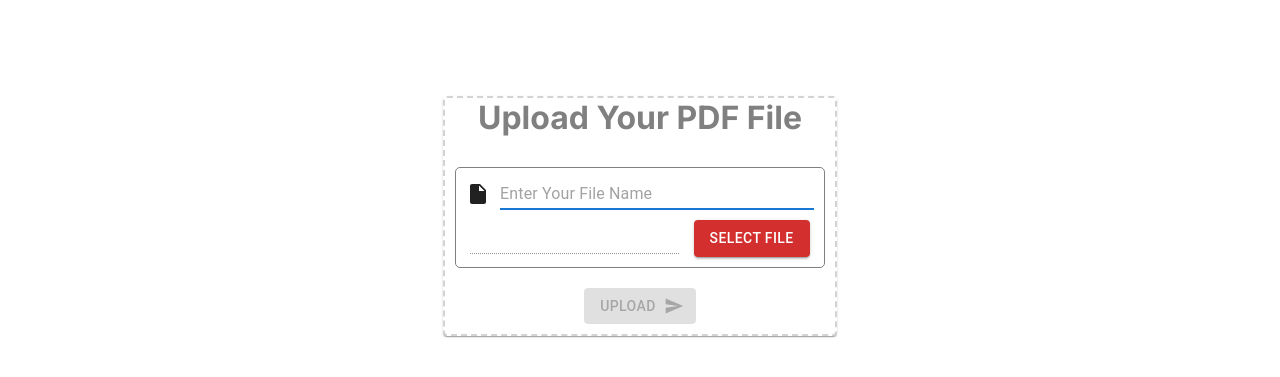
Repository: BhushanPatil-121/pdf-upload-nextjs
Page: /
An editor plug-in stored every save of this project. The page is shown before and after a run of saves, followed by the edit.
The browser window is 1280 px wide. The pictures show the whole page.
The project was rebuilt for these pictures with package versions that can differ from the ones it lists, and the page was loaded fresh each time. The framework's server and built-in components were replaced by stand-ins that run in the browser. Also part of the build but not shown: next.config.mjs.

Above is the page before, as saved 2024-02-29 11:59:07.

After the next 2 saves:
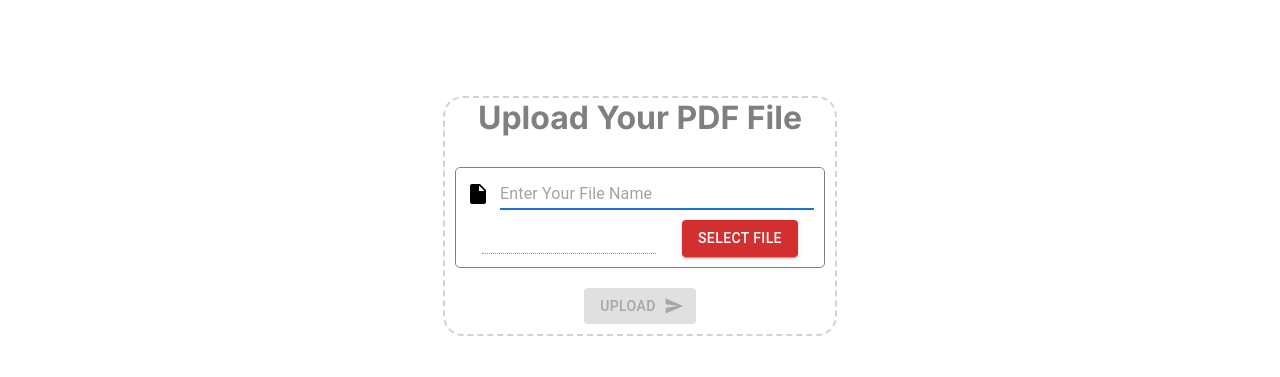
The 2 saves are shown as one change because they came seconds apart.
The last was saved 38 s later.
--- a/src/app/page.tsx
+++ b/src/app/page.tsx
@@ -4,7 +4,7 @@ import { styled } from '@mui/material/styles';
 import Button from '@mui/material/Button';
 import CloudUploadIcon from '@mui/icons-material/CloudUpload';
 import { useState } from 'react';
-import { Alert, Box, Card, Container, Stack, TextField } from "@mui/material";
+import { Alert, Box, Stack, TextField } from "@mui/material";
 import InsertDriveFileIcon from '@mui/icons-material/InsertDriveFile';
 import SendIcon from '@mui/icons-material/Send';
 import LoadingButton from '@mui/lab/LoadingButton';
@@ -45,7 +45,7 @@ export default function Home() {
   }
   return (
     <main className={styles.main}>
-      <Card className={styles.mainContainer}>
+      <div className={styles.mainContainer}>
         <h1 className={styles.mainHeading}>Upload Your PDF File</h1>
         <form className={styles.mainForm}>
           <div className={styles.mainFormContainer}>
@@ -63,7 +63,7 @@ export default function Home() {
               </Box>
             </div>
             <div className={styles.mainFormSubContainer2}>
-              <Box sx={{width:'60%'}}>
+              <Box sx={{width:'50%'}}>
               <TextField
                 id="standard-multiline-static"
                 multiline
@@ -100,7 +100,7 @@ export default function Home() {
             }
           </LoadingButton>
         </form>
-      </Card>
+      </div>
       {
         uploading &&
         <Stack sx={{ width: '50%' }} spacing={2}>
